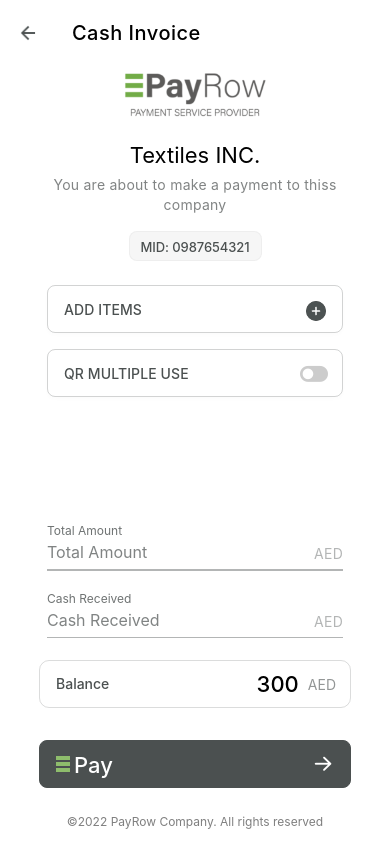
Repository: rishabh-critical-river/payrowios
Screen: /cashPay
The author's editor kept a copy of each file at every save. The screen is drawn from the files as they stood at one save, then again after the next save.
The app was drawn by React Native's web renderer in a window 390 px wide. The project was rebuilt for these pictures with package versions that can differ from the ones it lists, and the page was loaded fresh each time. Also part of the build but not shown: screens/onboarding/CreateAccount.js, screens/home/HomeScreen.tsx, screens/home/HomeComponents/TapToPay.tsx, screens/home/HomeComponents/PaymentSummary.js, screens/home/HomeComponents/AddItem.js, screens/home/HomeComponents/TapCard.tsx, screens/home/HomeComponents/EnterPin.tsx, screens/home/HomeComponents/Confirmation.tsx and 37 more.

Above is the screen before, as saved 2023-07-27 16:34:27.

### screens/home/HomeComponents/CashPay.tsx
import { StatusBar } from "expo-status-bar";
import React, { useState } from "react";
import { NavigationContainer } from "@react-navigation/native";
import { createNativeStackNavigator } from "@react-navigation/native-stack";
import {
  StyleSheet,
  Text,
  View,
  SafeAreaView,
  ScrollView,
  Image,
  Button,
  TouchableOpacity,
  TextInput,
  KeyboardAvoidingView,
  Platform,
  TouchableWithoutFeedback,
  Keyboard,
} from "react-native";
import { AntDesign, Fontisto } from "@expo/vector-icons";
function CashPay({ navigation }: any) {
  const [amount, setAmount] = useState("");
  const handleAmountChange = (text: any) => {
    // Remove any non-numeric characters from the input using regular expression
    const cleanedText = text.replace(/[^0-9.]/g, "");
    setAmount(cleanedText);
  };
  const handleDismissKeyboard = () => {
    Keyboard.dismiss();
  };
  return (
    <TouchableWithoutFeedback onPress={handleDismissKeyboard}>
      <KeyboardAvoidingView
        style={{ flex: 1 }}
        behavior={Platform.OS === "ios" ? "padding" : "height"}
      >
        <View style={styles.container}>
          <View
            style={{
              marginLeft: 19.98,
              marginTop: 17,
              flexDirection: "row",
              alignItems: "center",
            }}
          >
            <Image
              source={require("./arrow_back.png")}
              style={{
                width: 16.03,
                height: 16.03,
                marginRight: 35.98,
              }}
            />
            <Text
              style={{
                fontSize: 20,
                fontWeight: "500",
                lineHeight: 32,
                letterSpacing: 0.5,
              }}
            >
              Cash Invoice
            </Text>
          </View>
          <Image
            style={{
              width: 150,
              height: 48.3,
              alignSelf: "center",
              marginTop: 22,
            }}
            source={require("./payrowLogo.png")}
          />
          <Text
            style={{
              fontSize: 22,
              fontWeight: "400",
              lineHeight: 28,
              textAlign: "center",
              marginTop: 22,
            }}
          >
            Textiles INC.
          </Text>
          <Text
            style={{
              fontSize: 14,
              fontWeight: "400",
              lineHeight: 20,
              textAlign: "center",
              letterSpacing: 0.25,
              marginTop: 6,
              color: "#4B5050B2",
            }}
          >
            You are about to make a payment to thiss
          </Text>
          <Text
            style={{
              fontSize: 14,
              fontWeight: "400",
              lineHeight: 20,
              textAlign: "center",
              letterSpacing: 0.25,

              color: "#4B5050B2",
            }}
          >
            company
          </Text>
          <View
            style={{
              borderWidth: 1,
              borderColor: "#4B50500D",
              borderRadius: 8,
              marginTop: 16,
              width: 133,
              height: 30,
              alignSelf: "center",

              backgroundColor: "#4B50500D",
            }}
          >
            <Text
              style={{
                alignSelf: "center",
                marginTop: 6,
                fontWeight: "500",
                fontSize: 13,
                lineHeight: 18,
                letterSpacing: -0.08,
                color: "#4B5050",
              }}
            >
              MID: 0987654321
            </Text>
          </View>
          <View
            style={{
              borderWidth: 1,
              borderColor: "#4B505040",

              shadowColor: "#757E6E14",
              shadowOffset: {
                width: 0,
                height: 2,
              },
              shadowOpacity: 0.25,
              shadowRadius: 3.84,

              borderRadius: 8,
              marginTop: 24,
              width: 296,
              height: 48,
              alignSelf: "center",
            }}
          >
            <TouchableOpacity
              onPress={() => {
                navigation.navigate("AddItem");
              }}
              style={{
                flexDirection: "row",
              }}
            >
              <Text
                style={{
                  flex: 1,
                  marginLeft: 16,
                  marginTop: 14,
                  fontWeight: "500",
                  fontSize: 14,
                  lineHeight: 20,
                  letterSpacing: 0.1,
                  color: "#4B5050",
                }}
              >
                ADD ITEMS
              </Text>
              <Image
                source={require("./plusicon.png")}
                style={{
                  width: 20,
                  height: 20,
                  marginRight: 16,
                  marginTop: 15,
                  backgroundColor: "#4B5050E5",
                  borderRadius: 10,
                }}
              />
            </TouchableOpacity>
          </View>
          <View
            style={{
              borderWidth: 1,
              borderColor: "#4B505040",

              shadowColor: "#757E6E14",
              shadowOffset: {
                width: 0,
                height: 2,
              },
              shadowOpacity: 0.25,
              shadowRadius: 3.84,

              borderRadius: 8,
              marginTop: 16,
              width: 296,
              height: 48,
              alignSelf: "center",
            }}
          >
            <View
              style={{
                flexDirection: "row",
              }}
            >
              <Text
                style={{
                  flex: 1,
                  marginLeft: 16,
                  marginTop: 14,
                  fontWeight: "500",
                  fontSize: 14,
                  lineHeight: 20,
                  letterSpacing: 0.1,
                  color: "#4B5050",
                }}
              >
                QR MULTIPLE USE
              </Text>
              <Fontisto
                style={{ marginRight: 14, marginTop: 10 }}
                name="toggle-off"
                size={28}
                color="#CCCCCC"
              />
            </View>
          </View>
        </View>
        <View style={{ backgroundColor: "white" }}>
          <View style={{ alignSelf: "center" }}>
            <Text
              style={{
                marginBottom: 5,
                fontSize: 12,
                color: "#4B5050",
                fontWeight: "400",
                opacity: 0.800000011920929,
              }}
            >
              Total Amount
            </Text>
            <View
              style={{
                flexDirection: "row",
                justifyContent: "space-between",
                alignItems: "center",
              }}
            >
              <TextInput
                keyboardType="numeric"
                style={{
                  color: "#4B5050",
                  fontWeight: "400",
                  fontSize: 16,
                  lineHeight: 18,
                  opacity: 0.7,
                  marginBottom: 8,
                }}
                placeholder="Total Amount"
              />
              <Text
                style={{
                  color: "#4B505099",
                  fontWeight: "400",
                  letterSpacing: 0.25,
                  fontSize: 14,
                  marginLeft: 5,
                  lineHeight: 20,
                  opacity: 0.7,
                  marginBottom: 4,
                }}
              >
                AED
              </Text>
            </View>

            <View
              //horizontal line
              style={{
                backgroundColor: "#4B505099",

                width: 296,
                height: 1.5,
                opacity: 0.7,
                alignSelf: "center",
              }}
            />
          </View>
          <View style={{ alignSelf: "center", marginTop: 20 }}>
            <Text
              style={{
                marginBottom: 5,
                fontSize: 12,
                color: "#4B5050",
                fontWeight: "400",
                opacity: 0.800000011920929,
              }}
            >
              Cash Received
            </Text>
            <View
              style={{
                flexDirection: "row",
                justifyContent: "space-between",
                alignItems: "center",
              }}
            >
              <TextInput
                keyboardType="numeric"
                style={{
                  color: "#4B5050",
                  fontWeight: "400",
                  fontSize: 16,
                  lineHeight: 18,
                  opacity: 0.7,
                  marginBottom: 8,
                }}
                placeholder="Cash Received"
              />
              <Text
                style={{
                  color: "#4B505099",
                  fontWeight: "400",
                  letterSpacing: 0.25,
                  fontSize: 14,
                  marginLeft: 5,
                  lineHeight: 20,
                  opacity: 0.7,
                  marginBottom: 4,
                }}
              >
                AED
              </Text>
            </View>

            <View
              //horizontal line
              style={{
                backgroundColor: "#4B505099",

                width: 296,
                height: 1.5,
                opacity: 0.7,
                alignSelf: "center",
              }}
            />
          </View>

          {/* <View
            style={{
              borderWidth: 1,
              borderColor: "#4B505040",
              borderRadius: 8,
              marginTop: 26.5,
              width: 296,
              height: 52,
              alignSelf: "center",
              backgroundColor: "#4B505080",
            }}
          >
            <View
              style={{
                marginTop: 18,
                marginLeft: 16,
                flexDirection: "row",
              }}
            >
              <View>
                <View
                  style={{
                    borderWidth: 1,
                    borderColor: "#FFFFFF",

                    width: 14,
                    height: 3.61,

                    backgroundColor: "#FFFFFF",
                    marginBottom: 2.58,
                  }}
                />
                <View
                  style={{
                    borderWidth: 1,
                    borderColor: "#FFFFFF",

                    width: 14,
                    height: 3.61,

                    marginBottom: 2.58,
                    backgroundColor: "#FFFFFF",
                  }}
                />
                <View
                  style={{
                    borderWidth: 1,
                    borderColor: "#FFFFFF",

                    width: 14,
                    height: 3.61,

                    backgroundColor: "#FFFFFF",
                  }}
                />
              </View>
              <Text
                style={{
                  fontWeight: "400",
                  fontSize: 22,
                  lineHeight: 28,
                  color: "#FFFFFF",
                  marginLeft: 4,
                  bottom: 6,
                }}
              >
                Pay
              </Text>
            </View>
          </View> */}

          <View
            style={{
              width: "80%",
              alignSelf: "center",
              height: 48,
              borderRadius: 10,

              borderWidth: 1,
              borderColor: "rgba(75, 80, 80, 0.2)",
              flexDirection: "row",
              alignItems: "center",
              marginTop: 22,
            }}
          >
            <Text style={styles.priceLabel}>Balance</Text>
            <View style={styles.priceTextContainer}>
              <Text style={styles.priceText}>300</Text>
              <Text style={styles.priceCurrency}>AED</Text>
            </View>
          </View>

          <TouchableOpacity
            style={styles.goToSummaryButton}
            onPress={() => {
              navigation.navigate("InvoiceRecallthree");
            }}
          >
            <View style={styles.buttonContent}>
              <View style={{ justifyContent: "center", marginLeft: 16 }}>
                <View
                  style={{
                    borderWidth: 1,
                    borderColor: "#8EBD6C",

                    width: 14,
                    height: 3.61,

                    backgroundColor: "#8EBD6C",
                    marginBottom: 2.58,
                  }}
                />
                <View
                  style={{
                    borderWidth: 1,
                    borderColor: "#8EBD6C",

                    width: 14,
                    height: 3.61,

                    marginBottom: 2.58,
                    backgroundColor: "#8EBD6C",
                  }}
                />
                <View
                  style={{
                    borderWidth: 1,
                    borderColor: "#8EBD6C",

                    width: 14,
                    height: 3.61,

                    backgroundColor: "#8EBD6C",
                  }}
                />
              </View>
              <Text style={styles.buttonText}>Pay</Text>
              <View style={styles.arrowIcon}>
                <AntDesign name="arrowright" size={22} color="white" />
              </View>
            </View>
          </TouchableOpacity>

          <Text
            style={{
              fontSize: 12,
              backgroundColor: "white",
              color: "#7f7f7f",
              textAlign: "center",
              paddingBottom: 15,
              marginTop: 10,
            }}
          >
            ©2022 PayRow Company. All rights reserved
          </Text>
        </View>
      </KeyboardAvoidingView>
    </TouchableWithoutFeedback>
  );
}

export default CashPay;
const styles = StyleSheet.create({
  container: {
    flex: 1,
    backgroundColor: "white",
  },
  buttonContainer: {
    width: "80%",
    height: 48,
    backgroundColor: "#4B5050",
    alignSelf: "center",
    borderRadius: 8,
    marginTop: 20,
    display: "flex",
    justifyContent: "space-between",
    flexDirection: "row",
    alignItems: "center",
  },
  containers: {
    width: "80%",
    height: 50,
    borderRadius: 10,
    borderWidth: 1,
    borderColor: "rgba(75, 80, 80, 0.25)",
    alignSelf: "center",
    marginTop: 31,
    flexDirection: "row",
    justifyContent: "space-between",
    alignItems: "center",
    paddingLeft: 15,
    paddingRight: 15,
    shadowColor: "#757e6e",
    shadowOffset: {
      width: 0,
      height: 1,
    },
    shadowOpacity: 0.08,
    shadowRadius: 3,
  },
  badge: {
    width: 71,
    height: 26,
    borderRadius: 8,
    backgroundColor: "#4B50500D",
    textAlign: "center",
    paddingTop: 4,
    marginRight: 22,
  },
  itemContainer: {
    width: "100%",
    alignSelf: "center",
    height: 77,
    borderRadius: 10,
    marginBottom: 10,
    justifyContent: "center",
    borderWidth: 1,
    borderColor: "rgba(75, 80, 80, 0.2)",
    flexDirection: "row",
    alignItems: "center",
  },
  priceContainer: {
    width: "80%",
    alignSelf: "center",
    height: 48,
    borderRadius: 10,
    marginBottom: 10,
    borderWidth: 1,
    borderColor: "rgba(75, 80, 80, 0.2)",
    flexDirection: "row",
    alignItems: "center",
  },
  priceLabel: {
    fontWeight: "500",
    flex: 1,
    fontSize: 14,
    lineHeight: 20,
    color: "#4B5050",
    marginLeft: 16,
  },
  priceTextContainer: {
    flexDirection: "row",
    alignItems: "center",
    color: "#333333",
  },
  priceText: {
    fontSize: 22,
    fontWeight: "500",
    lineHeight: 28,
  },
  priceCurrency: {
    color: "#4B505099",
    marginRight: 14,
    marginLeft: 9,
  },
  goToSummaryButton: {
    alignSelf: "center",
    marginTop: 32,
    width: "80%",
  },
  buttonContent: {
    borderWidth: 0.6,
    borderColor: "#4B5050",
    backgroundColor: "#4B5050",
    borderRadius: 8,
    marginBottom: 16,
    height: 48,
    width: "100%",
    justifyContent: "center",
    flexDirection: "row",
  },
  buttonText: {
    fontSize: 22,
    paddingLeft: 4,
    paddingTop: 12,
    fontWeight: "500",
    lineHeight: 24,
    justifyContent: "center",
    color: "white",
    letterSpacing: 0.1,
    flex: 1,
  },
  arrowIcon: {
    justifyContent: "center",
    alignItems: "center",
    marginRight: 16,
  },
  footerText: {
    fontSize: 12,
    backgroundColor: "white",
    color: "#7f7f7f",
    textAlign: "center",
    paddingBottom: 15,
  },
  logo: {
    width: 150,
    height: 48.3,
    alignSelf: "center",
    marginTop: 33,
  },
  languageLogo: {
    width: 40,
    height: 40,
    marginLeft: 170,
    marginTop: 30,
  },
  homeBlocks: {
    fontSize: 14,
    fontWeight: "500",
    flex: 1,
    marginTop: 14,

    color: "#4B5050",
    lineHeight: 20,

    marginLeft: 16,
  },
  homeElements: {
    marginTop: 24,

    flexDirection: "column",
    justifyContent: "space-between",
    alignItems: "center",
    maxHeight: 448,
  },
  text: {
    fontSize: 15,
    fontWeight: "500",
    color: "#838c95",
    textAlign: "center",
    marginTop: 20,
    marginBottom: 15,
  },
  box: {
    borderWidth: 1,
    borderColor: "#4B505040",
    borderRadius: 9,
    marginBottom: 16,
    width: 296,
    height: 48,
    textAlign: "center",
    flexDirection: "row",
  },
  button: {
    marginLeft: 165,
    backgroundColor: "#72ac47",
    color: "black",
    padding: 10,
    fontSize: 20,
    height: 60,
    width: 60,
    cursor: "pointer",
    borderRadius: 70,
    justifyContent: "center",
    alignItems: "center",
  },
});

Loaded but not shown: screens/onboarding/LanguageSelection.tsx (287 lines, source omitted); App.tsx (321 lines, source omitted)

After the next save:
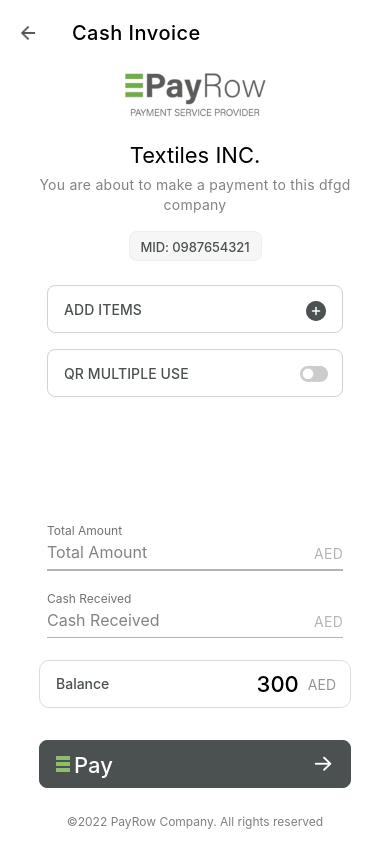
Saved 4 s later.
--- a/screens/home/HomeComponents/CashPay.tsx
+++ b/screens/home/HomeComponents/CashPay.tsx
@@ -93,7 +93,7 @@
               color: "#4B5050B2",
             }}
           >
-            You are about to make a payment to thiss
+            You are about to make a payment to this dfgd
           </Text>
           <Text
             style={{
